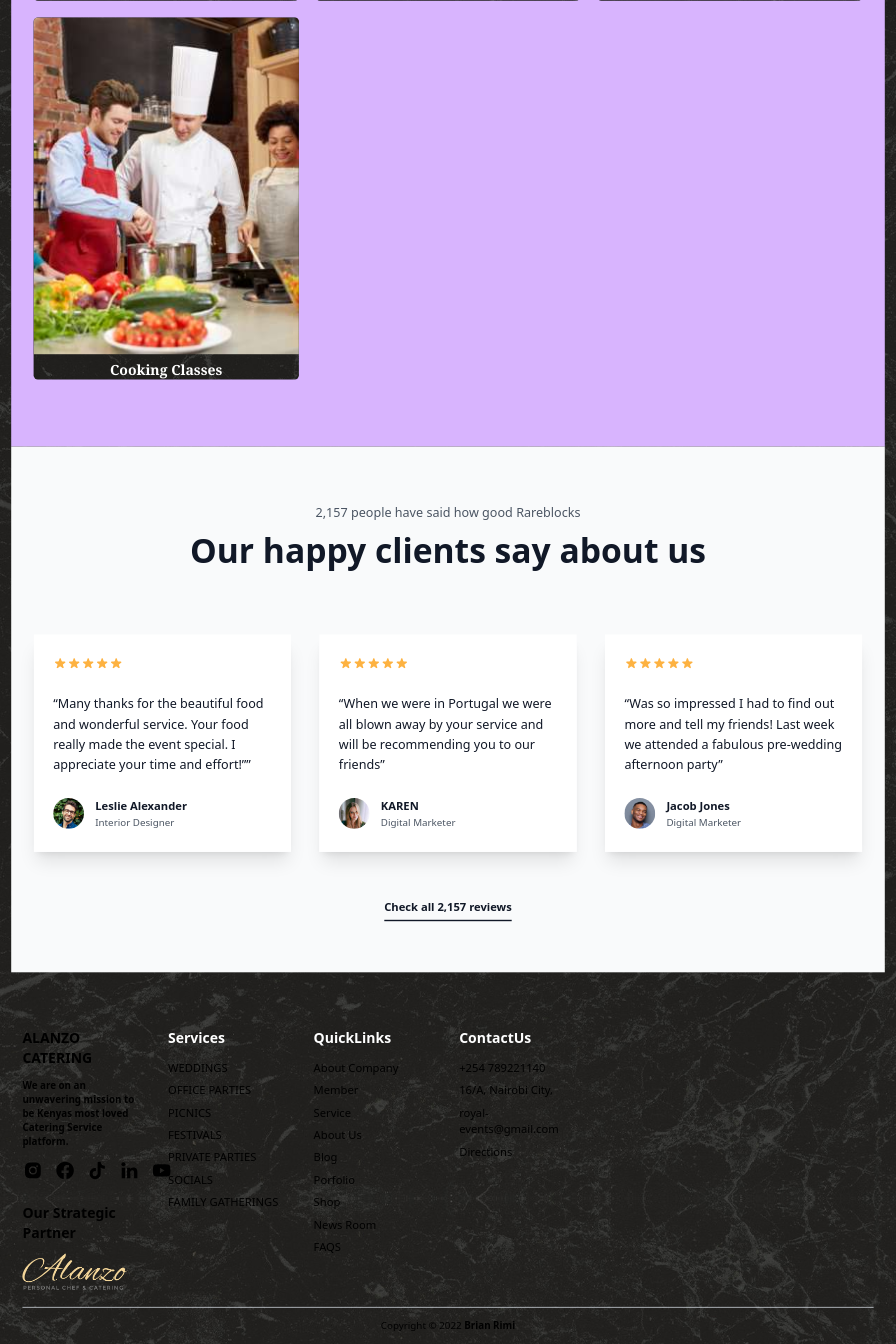
Repository: remydev47/alanzo
Page: /
These files come from the project's save history. The page is drawn as it stood at one moment and after the next save; the edit follows.
The browser window is 1280 px wide. The pictures show the part of the page from y = 3440 to 5360 px (the page is 5360 px tall), at 70% of full size.
The project was rebuilt for these pictures with package versions that can differ from the ones it lists, and the page was loaded fresh each time. The framework's server and built-in components were replaced by stand-ins that run in the browser. Also part of the build but not shown: next.config.js, components/Menu.tsx, components/CTA.tsx.

Above is the page before, as saved 2022-12-17 14:01:44.

After the next save:
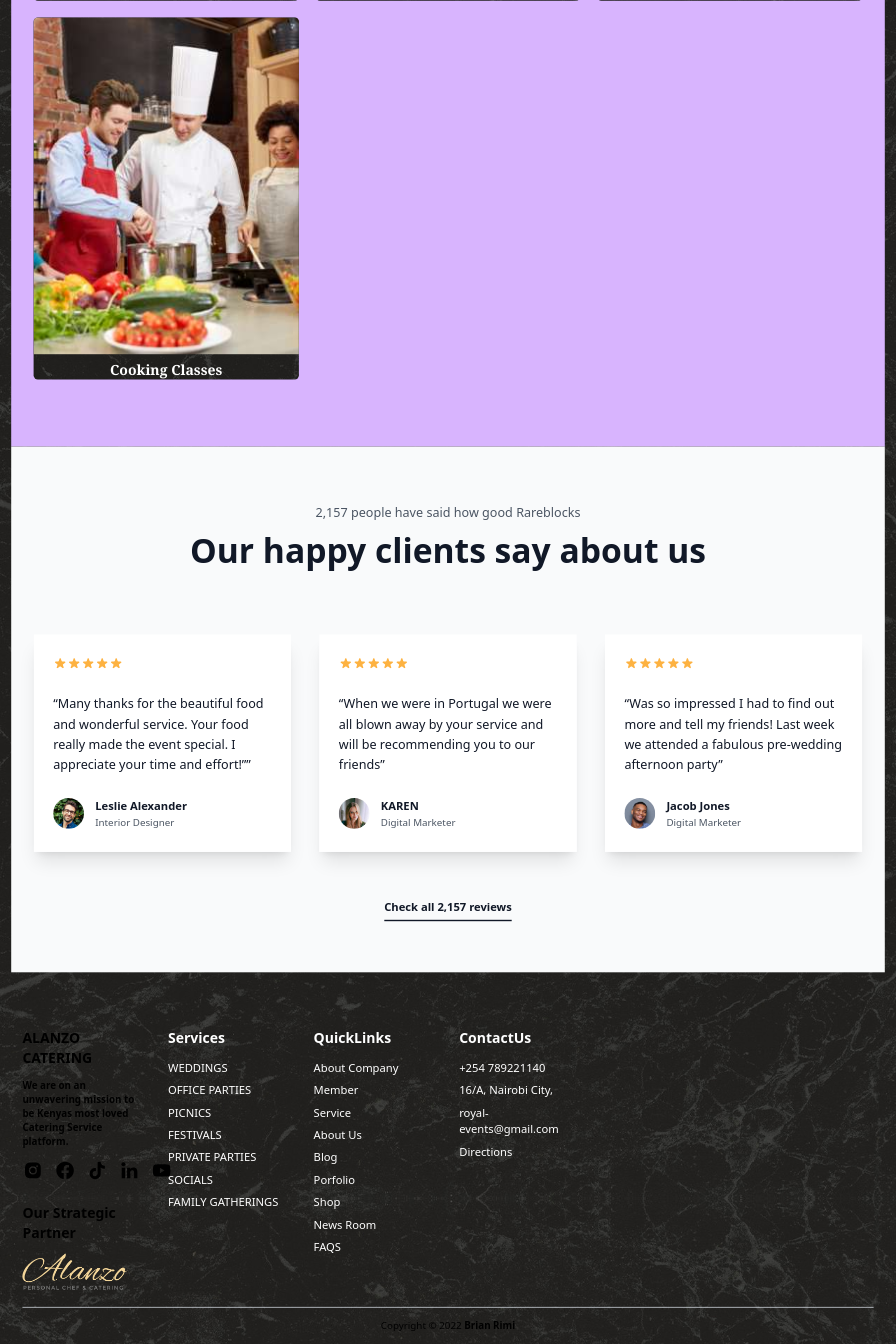
Saved 104 s later.
--- a/components/Footer.tsx
+++ b/components/Footer.tsx
@@ -155,7 +155,7 @@ const Footer = () => {
                     <a
                       href={item.link}
                       aria-label={`${item.title} profile`}
-                      className="transition-all duration-150 dark:fill-white "
+                      className="transition-all duration-150 text-white dark:fill-white "
                     >
                       {item.Icon}
                     </a>
@@ -193,7 +193,7 @@ const Footer = () => {
                     {items.map((item) => (
                       <li key={item.title}>
 
-                          <a className="transition-all duration-150 hover:text-indigo-800 hover:underline dark:text-gray-300 dark:hover:text-white">
+                          <a className="transition-all duration-150 text-white hover:text-indigo-800 hover:underline dark:text-gray-300 dark:hover:text-white">
                             {item.title}
                           </a>
 
